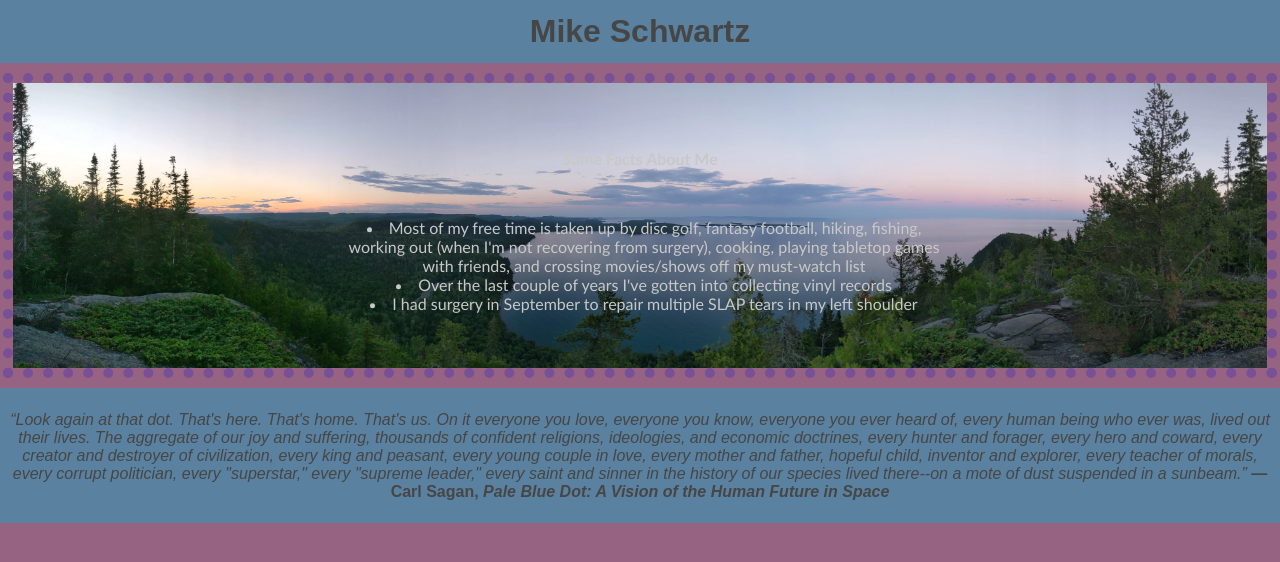
Repository: Ellusionism/prime-pw-week-1-assignment
Page: assignment/index.html
The author's editor kept a copy of each file at every save. The page is drawn from the files as they stood at one save, then again after a run of saves.
The browser window is 1280 px wide. The pictures show the whole page.

Above is the page before, as saved 2022-10-26 18:02:52.

### assignment/index.html
<!DOCTYPE html>
<html>
<head>
    <meta charset="utf-8" />
    <meta http-equiv="X-UA-Compatible" content="IE=edge">
    <!-- Change the <title> from "Page Title" to "Hello World" -->
    <title>Hello World</title>
    <meta name="viewport" content="width=device-width, initial-scale=1">
    <script type="text/javascript" src="helloWorld.js"></script>

    <link rel="stylesheet" type="text/css" media="screen" href="style.css" />
</head>
<body>
    <!-- Create a header element  -->

    <!-- Inside the header, add an <h1> element containing your name -->

    <header>
        <h1 class="name">Mike Schwartz</h1>
    </header>

    <!-- Include an image -->

    <!-- Create an unordered list with 3 list items of fun facts about you -->

    <div class="container">
        <img src="images/mtjosephine.jpg" alt="Mount Josephine summit view" class="img">
        <h4 class="facts">Some Facts About Me</h4>
        <ul class="facts-list">
            <li>Most of my free time is taken up by disc golf, fantasy football, hiking, fishing, working out (when I'm not recovering from surgery), cooking, playing tabletop games with friends, and crossing movies/shows off my must-watch list</li>
            <li>Over the last couple of years I've gotten into collecting vinyl records</li>
            <li>I had surgery in September to repair multiple SLAP tears in my left shoulder</li>
        </ul>
    </div>

    <!-- Create a footer element -->
    <footer class="fav-quote">
        <p>“Look again at that dot. That's here. That's home. That's us. On it everyone you love, everyone you know, everyone you ever heard of, every human being who ever was, lived out their lives. The aggregate of our joy and suffering, thousands of confident religions, ideologies, and economic doctrines, every hunter and forager, every hero and coward, every creator and destroyer of civilization, every king and peasant, every young couple in love, every mother and father, hopeful child, inventor and explorer, every teacher of morals, every corrupt politician, every "superstar," every "supreme leader," every saint and sinner in the history of our species lived there--on a mote of dust suspended in a sunbeam.”
            <span class="cite">― Carl Sagan,</span><span class="cite-book"> Pale Blue Dot: A Vision of the Human Future in Space</span></p>
    </footer>
    <!-- Inside your footer, put a <p> element with your favorite quote -->
</body>
</html>

### assignment/style.css
/* Give your page a fun background color */
body {
 background-color: rgb(150, 100, 130);
 margin: 0;
 font-family: Arial, Helvetica, sans-serif;
}
/* Make the header and footer a different color from the background */
header {
 background-color: rgb(90, 130, 160);
 margin: 0 0 10px;
 padding: 1%;
}
/* Align the h1 containing your name in the center of the header*/
.name {
 color:rgb(70, 70, 70);
 text-align: center;
 margin: 0;
}
/* Make your p tag a different color and italic */
.fav-quote {
 background-color:rgb(90,130,160);
 margin: 10px 0 0;
 padding: 0.5%;
 color: rgb(70, 70, 70);
 font-style: italic;
 text-align: center;
}

.cite {
 font-style: normal;
 font-weight: bold;
}

.cite-book {
 font-weight: bold;
}
/* Put a border around your image */
.img {
 border: 10px dotted  rgb(120, 80, 150);
 padding: 0;
 display: block;
 margin: auto;
 max-height: 100%;
 max-width: 98%;
}
/* Change the font-family of your list */
.facts {
 color: rgb(200, 200, 200);
 font-family:'Gill Sans', 'Gill Sans MT', Calibri, 'Trebuchet MS', sans-serif;
 position: absolute;
 top: 35%;
 left: 50%;
 transform: translate(-50%, -275%);
}

.facts-list {
 color: rgb(200,200,200);
 font-family:'Gill Sans', 'Gill Sans MT', Calibri, 'Trebuchet MS', sans-serif;
 position: absolute;
 top: 50%;
 left: 50%;
 transform: translate(-52.5%, -25%);
 list-style-position: inside;
 display: flex;
 flex-direction: column;
 align-items: center;
}

 .container {
  position: relative;
  text-align: center;
 }

Loaded but not shown: assignment/helloWorld.js (common file)

After the next 2 saves:
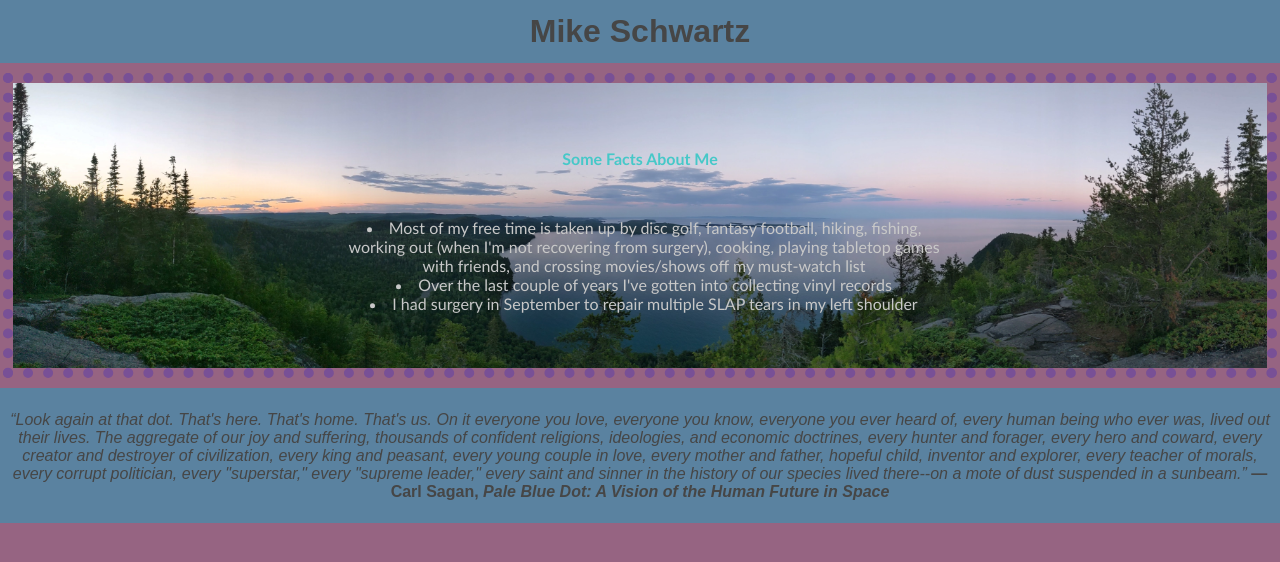
The 2 saves are shown as one change because they came seconds apart.
The last was saved 25 s later.
--- a/assignment/style.css
+++ b/assignment/style.css
@@ -45,7 +45,7 @@ header {
 }
 /* Change the font-family of your list */
 .facts {
- color: rgb(200, 200, 200);
+ color: rgb(70, 200, 200);
  font-family:'Gill Sans', 'Gill Sans MT', Calibri, 'Trebuchet MS', sans-serif;
  position: absolute;
  top: 35%;
